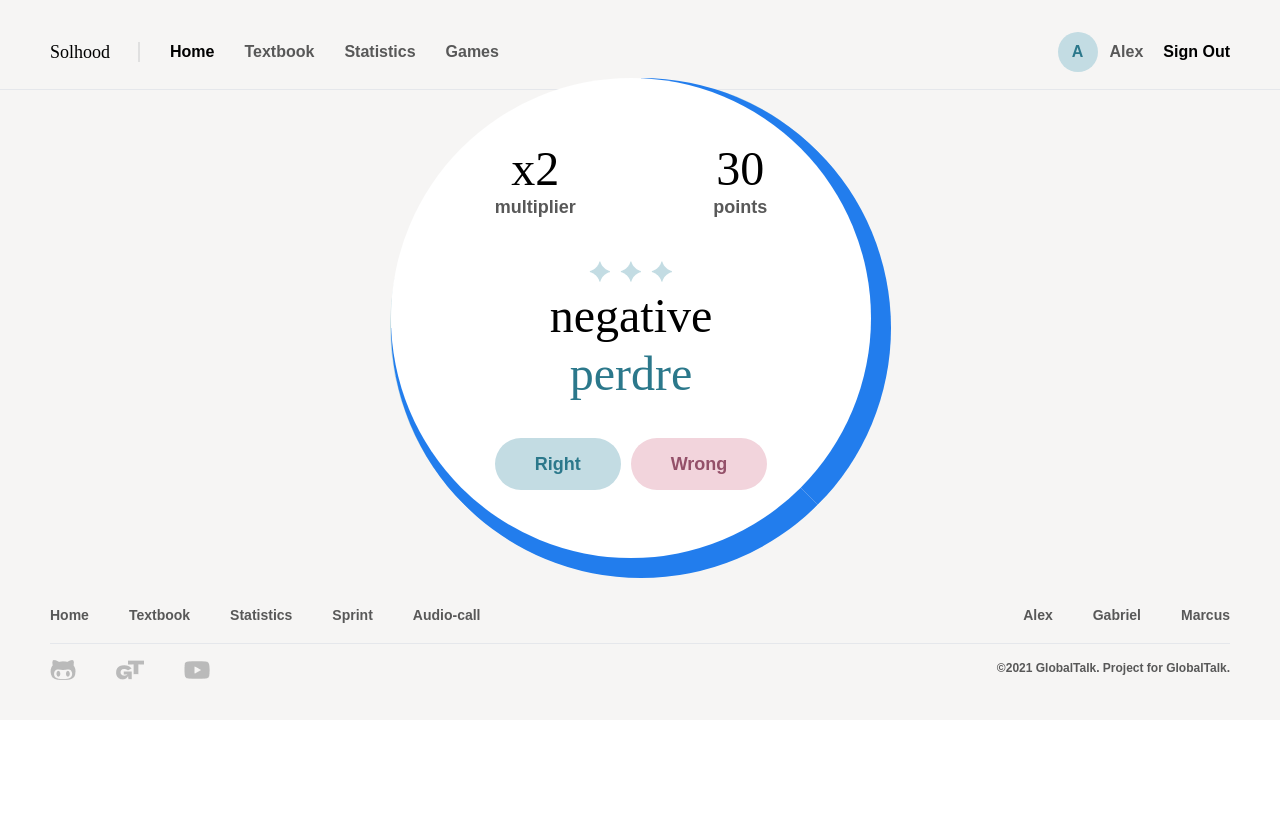
Repository: haudnn/solhood
Page: /game
These files come from the project's save history. The page is drawn as it stood at one moment and after the next save; the edit follows.
The browser window is 1280 px wide. The pictures show the whole page.
The project was rebuilt for these pictures with package versions that can differ from the ones it lists, and the page was loaded fresh each time. Also part of the build but not shown: src/pages/Home.tsx, src/pages/Sprint.tsx.

Above is the page before, as saved 2023-01-03 17:28:10.

### src/index.css
@tailwind base;
@tailwind components;
@tailwind utilities;

@import url('https://fonts.googleapis.com/css2?family=Dela+Gothic+One&family=Montserrat:wght@400;500;600;700&display=swap');

@layer components {
    html{
        scroll-behavior: smooth;
    }
    .app-container{
        width: 1180px !important;
        margin: 0 auto !important;
    }
    .wrapper {
        height: calc(100vh - 90px);
        overflow: hidden;
    }
    .line {
        position: relative;
    }
    .wrapper-calc {
        height: calc(100vh - 90px - 157px);
        overflow: hidden;
    }
      .circle-wrap .circle .mask,
      .circle-wrap .circle .fill {
        width: 500px;
        height: 500px;
        position: absolute;
        border-radius: 50%;
      }
      .circle-wrap .circle .mask {
        clip: rect(0px, 500px, 500px, 250px);
      }

      .circle-wrap .inside-circle {
        display: flex;
        width: 480px;
        height: 480px;
        align-items: center;
        justify-content: center;
        border-radius: 50%;
        text-align: center;
        position: absolute;
        z-index: 100;
        background: white;
      }
      .mask .fill {
        clip: rect(0px, 250px, 500px, 0px);
        background-color: #227ded;
      }
      .mask.full,
      .circle .fill {
        animation: fill ease-in-out 3s;
        transform: rotate(135deg);
      }
    .line::before{
        position: absolute;
        content: "";
        right: -30px;
        border-right: 2px solid #e0e0e0 ;
        height: 20px;
        top: 50%;
        transform: translateY(-50%);
    }
    .line-long {
        position: relative;
    }
    .line-long::before{
        position: absolute;
        content: "";
        right: 0px;
        border-right: 2px solid #e0e0e0 ;
        height: 100%;
        top: 50%;
        transform: translateY(-50%);
    }
    .bridge::before {
        position: absolute;
        left:0;
        top:-16px;
        width: 100%;
        height: 20px;
        content:"";
        display: block;
    }
    .grid {
        width: 100%;
        display: block !important;
        padding: 0;
    }

    .grid.wide {
        max-width: 1200px;
        margin: 0 auto;
    }

    .row {
        display: flex;
        flex-wrap: wrap;
        margin-left: -4px;
        margin-right: -4px;
    }

    .row.no-gutters {
        margin-left: 0;
        margin-right: 0;
    }

    .col {
        padding-left: 4px;
        padding-right: 4px;
    }

    .row.no-gutters .col {
        padding-left: 0;
        padding-right: 0;
    }

    .c-0 {
        display: none;
    }

    .c-1 {
        flex: 0 0 8.33333%;
        max-width: 8.33333%;
    }

    .c-2 {
        flex: 0 0 16.66667%;
        max-width: 16.66667%;
    }

    .c-3 {
        flex: 0 0 25%;
        max-width: 25%;
    }

    .c-4 {
        flex: 0 0 33.33333%;
        max-width: 33.33333%;
    }

    .c-5 {
        flex: 0 0 41.66667%;
        max-width: 41.66667%;
    }

    .c-6 {
        flex: 0 0 50%;
        max-width: 50%;
    }

    .c-7 {
        flex: 0 0 58.33333%;
        max-width: 58.33333%;
    }

    .c-8 {
        flex: 0 0 66.66667%;
        max-width: 66.66667%;
    }

    .c-9 {
        flex: 0 0 75%;
        max-width: 75%;
    }

    .c-10 {
        flex: 0 0 83.33333%;
        max-width: 83.33333%;
    }

    .c-11 {
        flex: 0 0 91.66667%;
        max-width: 91.66667%;
    }

    .c-12 {
        flex: 0 0 100%;
        max-width: 100%;
    }

    .c-o-1 {
        margin-left: 8.33333%;
    }

    .c-o-2 {
        margin-left: 16.66667%;
    }

    .c-o-3 {
        margin-left: 25%;
    }

    .c-o-4 {
        margin-left: 33.33333%;
    }

    .c-o-5 {
        margin-left: 41.66667%;
    }

    .c-o-6 {
        margin-left: 50%;
    }

    .c-o-7 {
        margin-left: 58.33333%;
    }

    .c-o-8 {
        margin-left: 66.66667%;
    }

    .c-o-9 {
        margin-left: 75%;
    }

    .c-o-10 {
        margin-left: 83.33333%;
    }

    .c-o-11 {
        margin-left: 91.66667%;
    }

    /* >= Tablet */
    @media (min-width: 740px) {
        .row {
            margin-left: -8px;
            margin-right: -8px;
        }

        .col {
            padding-left: 8px;
            padding-right: 8px;
        }

        .m-0 {
            display: none;
        }

        .m-1,
        .m-2,
        .m-3,
        .m-4,
        .m-5,
        .m-6,
        .m-7,
        .m-8,
        .m-9,
        .m-10,
        .m-11,
        .m-12 {
            display: block;
        }

        .m-1 {
            flex: 0 0 8.33333%;
            max-width: 8.33333%;
        }

        .m-2 {
            flex: 0 0 16.66667%;
            max-width: 16.66667%;
        }

        .m-3 {
            flex: 0 0 25%;
            max-width: 25%;
        }

        .m-4 {
            flex: 0 0 33.33333%;
            max-width: 33.33333%;
        }

        .m-5 {
            flex: 0 0 41.66667%;
            max-width: 41.66667%;
        }

        .m-6 {
            flex: 0 0 50%;
            max-width: 50%;
        }

        .m-7 {
            flex: 0 0 58.33333%;
            max-width: 58.33333%;
        }

        .m-8 {
            flex: 0 0 66.66667%;
            max-width: 66.66667%;
        }

        .m-9 {
            flex: 0 0 75%;
            max-width: 75%;
        }

        .m-10 {
            flex: 0 0 83.33333%;
            max-width: 83.33333%;
        }

        .m-11 {
            flex: 0 0 91.66667%;
            max-width: 91.66667%;
        }

        .m-12 {
            flex: 0 0 100%;
            max-width: 100%;
        }

        .m-o-1 {
            margin-left: 8.33333%;
        }

        .m-o-2 {
            margin-left: 16.66667%;
        }

        .m-o-3 {
            margin-left: 25%;
        }

        .m-o-4 {
            margin-left: 33.33333%;
        }

        .m-o-5 {
            margin-left: 41.66667%;
        }

        .m-o-6 {
            margin-left: 50%;
        }

        .m-o-7 {
            margin-left: 58.33333%;
        }

        .m-o-8 {
            margin-left: 66.66667%;
        }

        .m-o-9 {
            margin-left: 75%;
        }

        .m-o-10 {
            margin-left: 83.33333%;
        }

        .m-o-11 {
            margin-left: 91.66667%;
        }
    }

    /* PC medium resolution > */
    @media (min-width: 1113px) {
        .row {
            margin-left: -12px;
            margin-right: -12px;
        }

        .row.sm-gutter {
            margin-left: -5px;
            margin-right: -5px;
        }

        .col {
            padding-left: 12px;
            padding-right: 12px;
        }

        .row.sm-gutter .col {
            padding-left: 5px;
            padding-right: 5px;
        }

        .l-0 {
            display: none;
        }

        .l-1,
        .l-2,
        .l-2-4,
        .l-3,
        .l-4,
        .l-5,
        .l-6,
        .l-7,
        .l-8,
        .l-9,
        .l-10,
        .l-11,
        .l-12 {
            display: block;
        }

        .l-1 {
            flex: 0 0 8.33333%;
            max-width: 8.33333%;
        }

        .l-2 {
            flex: 0 0 16.66667%;
            max-width: 16.66667%;
        }

        .l-2-4 {
            flex: 0 0 20%;
            max-width: 20%;
        }

        .l-3 {
            flex: 0 0 25%;
            max-width: 25%;
        }

        .l-4 {
            flex: 0 0 33.33333%;
            max-width: 33.33333%;
        }

        .l-5 {
            flex: 0 0 41.66667%;
            max-width: 41.66667%;
        }

        .l-6 {
            flex: 0 0 50%;
            max-width: 50%;
        }

        .l-7 {
            flex: 0 0 58.33333%;
            max-width: 58.33333%;
        }

        .l-8 {
            flex: 0 0 66.66667%;
            max-width: 66.66667%;
        }

        .l-9 {
            flex: 0 0 75%;
            max-width: 75%;
        }

        .l-10 {
            flex: 0 0 83.33333%;
            max-width: 83.33333%;
        }

        .l-11 {
            flex: 0 0 91.66667%;
            max-width: 91.66667%;
        }

        .l-12 {
            flex: 0 0 100%;
            max-width: 100%;
        }

        .l-o-1 {
            margin-left: 8.33333%;
        }

        .l-o-2 {
            margin-left: 16.66667%;
        }

        .l-o-3 {
            margin-left: 25%;
        }

        .l-o-4 {
            margin-left: 33.33333%;
        }

        .l-o-5 {
            margin-left: 41.66667%;
        }

        .l-o-6 {
            margin-left: 50%;
        }

        .l-o-7 {
            margin-left: 58.33333%;
        }

        .l-o-8 {
            margin-left: 66.66667%;
        }

        .l-o-9 {
            margin-left: 75%;
        }

        .l-o-10 {
            margin-left: 83.33333%;
        }

        .l-o-11 {
            margin-left: 91.66667%;
        }
    }

    /* Tablet - PC low resolution */
    @media (min-width: 740px) and (max-width: 1023px) {
        .wide {
            width: 644px;
        }
    }

    /* > PC low resolution */
    @media (min-width: 1024px) and (max-width: 1239px) {
        .wide {
            width: 984px;
        }

        .wide .row {
            margin-left: -12px;
            margin-right: -12px;
        }

        .wide .row.sm-gutter {
            margin-left: -5px;
            margin-right: -5px;
        }

        .wide .col {
            padding-left: 12px;
            padding-right: 12px;
        }

        .wide .row.sm-gutter .col {
            padding-left: 5px;
            padding-right: 5px;
        }

        .wide .l-0 {
            display: none;
        }

        .wide .l-1,
        .wide .l-2,
        .wide .l-2-4,
        .wide .l-3,
        .wide .l-4,
        .wide .l-5,
        .wide .l-6,
        .wide .l-7,
        .wide .l-8,
        .wide .l-9,
        .wide .l-10,
        .wide .l-11,
        .wide .l-12 {
            display: block;
        }

        .wide .l-1 {
            flex: 0 0 8.33333%;
            max-width: 8.33333%;
        }

        .wide .l-2 {
            flex: 0 0 16.66667%;
            max-width: 16.66667%;
        }

        .wide .l-2-4 {
            flex: 0 0 20%;
            max-width: 20%;
        }

        .wide .l-3 {
            flex: 0 0 25%;
            max-width: 25%;
        }

        .wide .l-4 {
            flex: 0 0 33.33333%;
            max-width: 33.33333%;
        }

        .wide .l-5 {
            flex: 0 0 41.66667%;
            max-width: 41.66667%;
        }

        .wide .l-6 {
            flex: 0 0 50%;
            max-width: 50%;
        }

        .wide .l-7 {
            flex: 0 0 58.33333%;
            max-width: 58.33333%;
        }

        .wide .l-8 {
            flex: 0 0 66.66667%;
            max-width: 66.66667%;
        }

        .wide .l-9 {
            flex: 0 0 75%;
            max-width: 75%;
        }

        .wide .l-10 {
            flex: 0 0 83.33333%;
            max-width: 83.33333%;
        }

        .wide .l-11 {
            flex: 0 0 91.66667%;
            max-width: 91.66667%;
        }

        .wide .l-12 {
            flex: 0 0 100%;
            max-width: 100%;
        }

        .wide .l-o-1 {
            margin-left: 8.33333%;
        }

        .wide .l-o-2 {
            margin-left: 16.66667%;
        }

        .wide .l-o-3 {
            margin-left: 25%;
        }

        .wide .l-o-4 {
            margin-left: 33.33333%;
        }

        .wide .l-o-5 {
            margin-left: 41.66667%;
        }

        .wide .l-o-6 {
            margin-left: 50%;
        }

        .wide .l-o-7 {
            margin-left: 58.33333%;
        }

        .wide .l-o-8 {
            margin-left: 66.66667%;
        }

        .wide .l-o-9 {
            margin-left: 75%;
        }

        .wide .l-o-10 {
            margin-left: 83.33333%;
        }

        .wide .l-o-11 {
            margin-left: 91.66667%;
        }
    }
}

### src/App.tsx
import "./App.css";
import { BrowserRouter } from 'react-router-dom';
import RouterConfig from './config/RouterConfig';
import Footer from "./components/Layout/Footer";
import Header from "./components/Layout/Header";
function App() {
  return (
    <div className="App font-montserrat">
      <BrowserRouter>
        <Header />
        <RouterConfig/>
        <Footer/>
      </BrowserRouter>
    </div>
  );
}

export default App;

### src/config/RouterConfig.tsx
import React from 'react'
import { Routes, Route } from 'react-router-dom';
import {router} from '../constants';
const RouterConfig = () => {
  return (
    <Routes>
    {router.map(({ path, component }) => (
      <Route key={path} path={path} element={component} />
    ))}
  </Routes>
  )
}

export default RouterConfig

### src/components/Layout/Footer.tsx
import React from "react";
import github from '../../assets/imgs/github.png';
import GT from '../../assets/imgs/GT.png'
import youtube from '../../assets/imgs/youtube.png'
const Footer = () => {
  return (
    <footer>
      <div className="bg-greyligt py-[40px]">
        <div className="app-container">
          <div className="pb-4 border-b border-solid boder-[greymedium]">
            <div className="grid">
              <div className="row">
                <div className="col l-6">
                  <ul className="flex items-center gap-x-10">
                    <li>
                      <a
                        className="text-sm font-semibold text-greydark"
                        href="/"
                      >
                        Home
                      </a>
                    </li>
                    <li>
                      <a
                        className="text-sm font-semibold text-greydark"
                        href="/"
                      >
                        Textbook
                      </a>
                    </li>
                    <li>
                      <a
                        className="text-sm font-semibold text-greydark"
                        href="/"
                      >
                        Statistics
                      </a>
                    </li>
                    <li>
                      <a
                        className="text-sm font-semibold text-greydark"
                        href="/"
                      >
                        Sprint
                      </a>
                    </li>
                    <li>
                      <a
                        className="text-sm font-semibold text-greydark"
                        href="/"
                      >
                        Audio-call
                      </a>
                    </li>
                  </ul>
                </div>
                <div className="col l-6">
                  <ul className="flex items-center justify-end gap-x-10">
                    <li>
                      <a
                        className="text-sm font-semibold text-greydark"
                        href="/"
                      >
                        Alex
                      </a>
                    </li>
                    <li>
                      <a
                        className="text-sm font-semibold text-greydark"
                        href="/"
                      >
                        Gabriel
                      </a>
                    </li>
                    <li>
                      <a
                        className="text-sm font-semibold text-greydark"
                        href="/"
                      >
                        Marcus
                      </a>
                    </li>
                  </ul>
                </div>
              </div>
            </div>
          </div>
          <div className="pt-4">
            <div className="grid">
              <div className="row">
                <div className="col l-6">
                  <ul className="flex items-center gap-x-10">
                    <li>
                      <a href="/">
                        <img src={github} alt="" />
                      </a>
                    </li>
                    <li>
                      <a href="/">
                        <img src={GT} alt="" />
                      </a>
                    </li>
                    <li>
                      <a href="/">
                        <img src={youtube} alt="" />
                      </a>
                    </li>
                  </ul>
                </div>
                <div className="col l-6">
                  <div className="flex items-center justify-end">
                    <span className="text-xs font-semibold text-greydark ">
                      ©2021 GlobalTalk. Project for GlobalTalk.
                    </span>
                  </div>
                </div>
              </div>
            </div>
          </div>
        </div>
      </div>
    </footer>
  );
};

export default Footer;

### src/components/Layout/Header.tsx
import React from "react";

const Header = () => {
  return (
      <header className="py-8 border-b border-solid border-[grey-dark] bg-greyligt max-h-[90px]">
        <div className="app-container">
          <div className="grid">
            <div className="row">
              <div className="col l-6">
                <div className="flex items-center gap-x-[60px] h-full">
                  <div className="line">
                    <a href="/" className="text-lg text-black font-dela">Solhood</a>
                  </div>
                  <div className="">
                    <ul className="flex items-center gap-x-[30px]">
                      <li>
                        <a
                          className="text-base font-semibold text-black"
                          href="/"
                        >
                          Home
                        </a>
                      </li>
                      <li>
                        <a
                          className="text-base font-semibold text-greydark"
                          href="/"
                        >
                          Textbook
                        </a>
                      </li>
                      <li>
                        <a
                          className="text-base font-semibold text-greydark"
                          href="/"
                        >
                          Statistics
                        </a>
                      </li>
                      <li className="relative group">
                        <a
                          className="text-base font-semibold text-greydark"
                          href="/"
                        >
                          Games
                        </a>
                        <div className="z-10 group-hover:block hidden absolute bg-white rounded-xl shadow-lg w-[215px] p-5 top-10 bridge">
                          <ul>
                            <li className="mb-2 text-base font-semibold text-greydark">
                              <a href="/sprint">Sprint</a>
                            </li>
                            <li>
                              <a href="/" className="text-base font-semibold text-greydark">Audio call</a>
                            </li>
                          </ul>
                        </div>
                      </li>
                    </ul>
                  </div>
                </div>
              </div>
              <div className="col l-6">
                <div className="flex justify-end">
                  <div className="flex items-center mr-5 gap-x-3">
                    <div className="flex items-center justify-center w-10 h-10 rounded-[50%] bg-cyanlight">
                      <span className="text-base font-semibold text-cyandark">
                        A
                      </span>
                    </div>
                    <span className="text-base font-semibold text-greydark">
                      Alex
                    </span>
                  </div>
                  <div className="flex items-center">
                    <a href="/" className="text-base font-semibold text-black">
                      Sign Out
                    </a>
                  </div>
                </div>
              </div>
            </div>
          </div>
        </div>
      </header>
  );
};

export default Header;

### src/constants/index.ts
import router from "./router"

export {router}

### src/constants/router.tsx
import Game from "../pages/Game";
import Home from "../pages/Home";
import Sprint from "../pages/Sprint";
const router = [
 {
    path: '/',
    component: <Home />,
 },
 {
   path: '/sprint',
   component: <Sprint />,
 },
 {
  path: '/game',
   component: <Game />,
 }

]
export default router;

### src/pages/Game.tsx
import React from "react";
import level from "../assets/imgs/level.png";
const Game = () => {
  return (
    <div className="game bg-greyligt">
      <div className="flex items-center justify-center wrapper-calc">
        <div className="circle-wrap w-[500px] h-[500px] rounded-[50%] border border-solid border-cyanlight">
          <div className="circle">
            <div className="mask full">
              <div className="fill"></div>
            </div>
            <div className="mask half">
              <div className="fill"></div>
            </div>
            <div className="inside-circle">
                <div>
                <div className="flex items-center justify-between mb-10">
                <div className="flex flex-col items-center">
                  <p className="text-5xl font-dela">x2</p>
                  <p className="text-lg font-semibold text-greydark">
                    multiplier
                  </p>
                </div>
                <div className="flex flex-col items-center">
                  <p className="text-5xl font-dela">30</p>
                  <p className="text-lg font-semibold text-greydark">points</p>
                </div>
              </div>
              <div className="mb-10">
                <div className="flex items-center justify-center gap-x-[10px] mb-[10px]">
                  <div>
                    <img
                      src={level}
                      alt=""
                      className="object-cover w-full h-full"
                    />
                  </div>
                  <div>
                    <img
                      src={level}
                      alt=""
                      className="object-cover w-full h-full"
                    />
                  </div>
                  <div>
                    <img
                      src={level}
                      alt=""
                      className="object-cover w-full h-full"
                    />
                  </div>
                </div>
                <div>
                  <p className="text-5xl font-dela mb-[10px] text-center">
                    negative
                  </p>
                  <p className="text-5xl font-dela mb-[10px] text-cyandark text-center">
                    perdre
                  </p>
                </div>
              </div>
              <div className="flex items-center justify-center gap-x-[10px]">
                <button className="px-10 py-3 rounded-full bg-cyanlight">
                  <span className="text-lg font-bold text-cyandark">Right</span>
                </button>
                <button className="px-10 py-3 rounded-full bg-pinklight">
                  <span className="text-lg font-bold text-pinkdark">Wrong</span>
                </button>
              </div>
                </div>
            </div>
          </div>
        </div>
      </div>
    </div>
  );
};

export default Game;

Loaded but not shown: public/index.html (common file); src/index.tsx (common file); src/App.css (common file); tailwind.config.js (30 lines, source omitted)

After the next save:
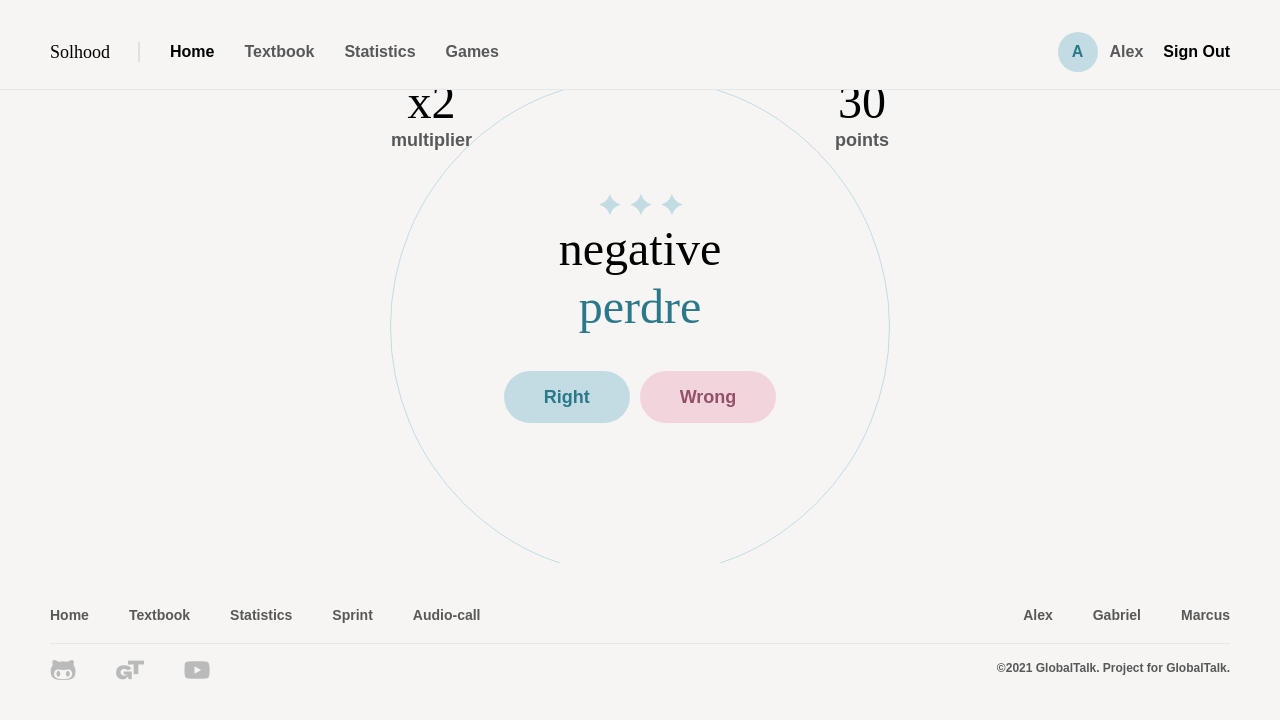
Saved 4 min 32 s later.
--- a/src/index.css
+++ b/src/index.css
@@ -23,38 +23,7 @@
         height: calc(100vh - 90px - 157px);
         overflow: hidden;
     }
-      .circle-wrap .circle .mask,
-      .circle-wrap .circle .fill {
-        width: 500px;
-        height: 500px;
-        position: absolute;
-        border-radius: 50%;
-      }
-      .circle-wrap .circle .mask {
-        clip: rect(0px, 500px, 500px, 250px);
-      }
-
-      .circle-wrap .inside-circle {
-        display: flex;
-        width: 480px;
-        height: 480px;
-        align-items: center;
-        justify-content: center;
-        border-radius: 50%;
-        text-align: center;
-        position: absolute;
-        z-index: 100;
-        background: white;
-      }
-      .mask .fill {
-        clip: rect(0px, 250px, 500px, 0px);
-        background-color: #227ded;
-      }
-      .mask.full,
-      .circle .fill {
-        animation: fill ease-in-out 3s;
-        transform: rotate(135deg);
-      }
+
     .line::before{
         position: absolute;
         content: "";
